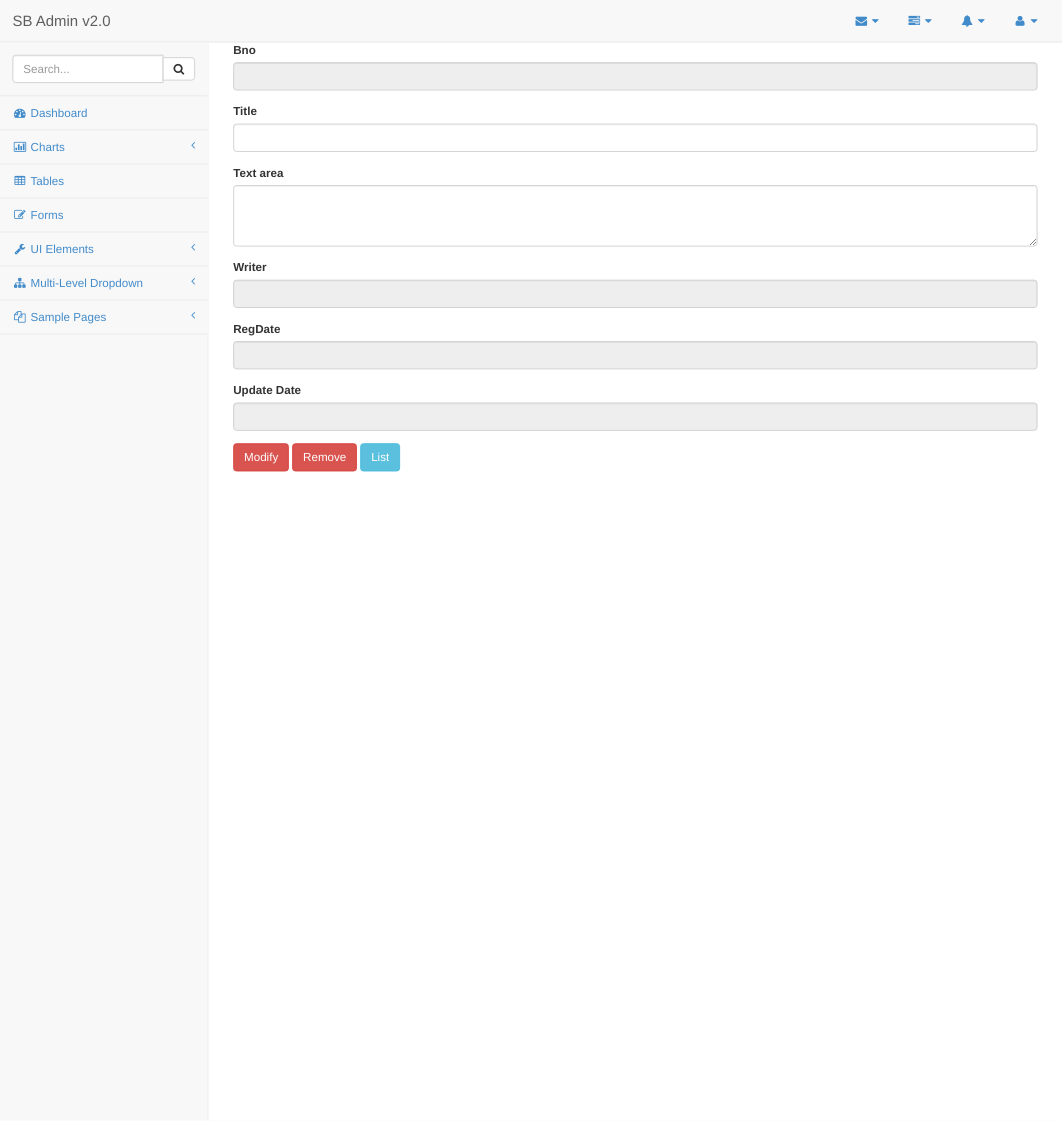
Repository: cghPaper/dashboard00
Page: http://localhost/ex02/WEB-INF/views/board/modify.jsp
These files come from the project's save history. The page is drawn as it stood at one moment and after the next save; the edit follows.
The browser window is 1280 px wide. The pictures show the whole page, at 83% of full size.
The page is served by Tomcat 9. Nobody is signed in. The template is opened directly, without the code that normally fills it, so the values that code supplies are empty.

Above is the page before, as saved 2020-01-27 08:23:56.

After the next save:
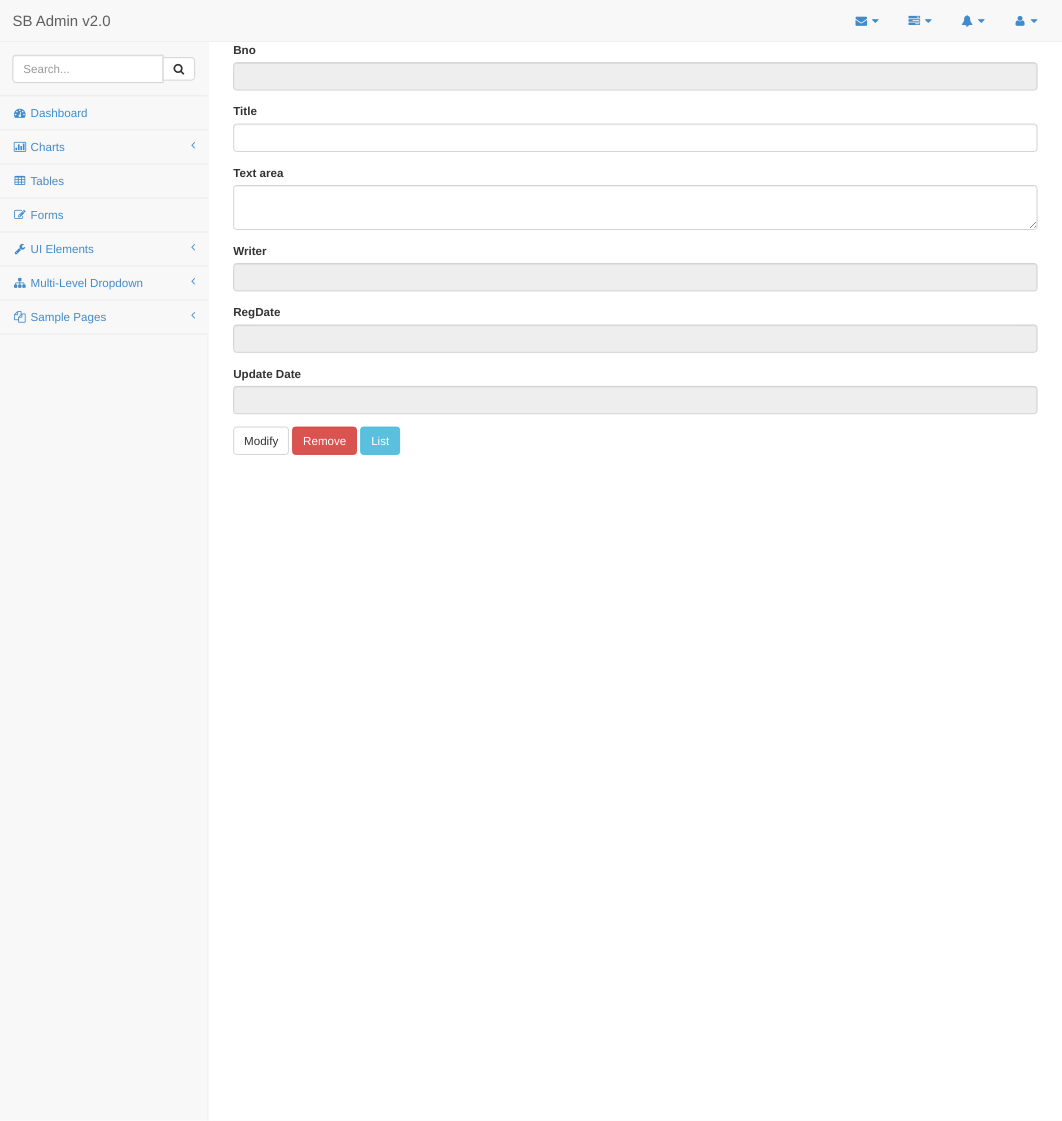
Saved 15 s later.
--- a/ex02/src/main/webapp/WEB-INF/views/board/modify.jsp
+++ b/ex02/src/main/webapp/WEB-INF/views/board/modify.jsp
@@ -15,7 +15,7 @@
 
 	<div class="form-group">
 		<label>Text area</label>
-		<textarea class="form-control" rows="3" name='content' >
+		<textarea class="form-control" name='content' >
 			<c:out value="${board.content }"/>
 		</textarea>
 	</div>
@@ -34,7 +34,7 @@
 		<label>Update Date</label>
 		<input class="form-control" name='updateDate' value='<fmt:formatDate pattern = "yyyy/MM/dd" value = "${board.updatedate }" />' readonly="readonly">
 	</div>
-	<button type="submit" data-oper='modify' class="btn btn-danger">Modify</button>
+	<button type="submit" data-oper='modify' class="btn btn-default">Modify</button>
 	<button type="submit" data-oper='remove' class="btn btn-danger">Remove</button>
 	<button type="submit" data-oper='list' class="btn btn-info">List</button>
 </form>
@@ -50,8 +50,11 @@ $(document).ready(function() {
 			formObj.attr("action", "/board/remove");
 		} else if (operation === 'list') {
 			// move to list
-			self.location = "/board/list";
-			return;
+			// self.location = "/board/list";
+			// return;
+			formObj.attr("action","/board/list").attr("method","get");
+			formObj.empty();
+
 		}
 		formObj.submit();
 	});
